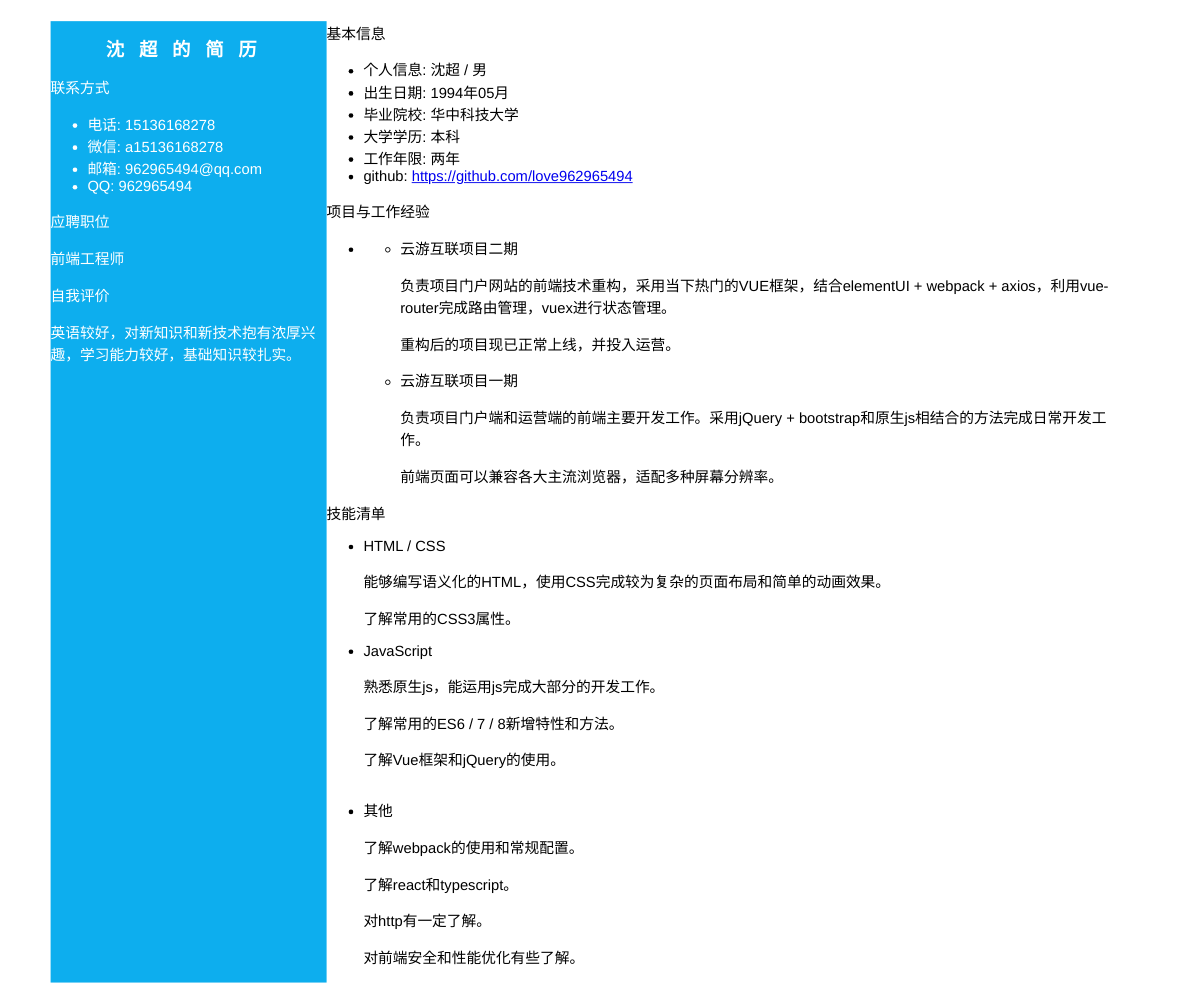
Repository: love962965494/my-resume
Page: index.html
These files come from the project's save history. The page is drawn as it stood at one moment and after the next save; the edit follows.
The browser window is 1280 px wide. The pictures show the whole page, at 92% of full size.
The style sheet was rebuilt from its Sass, Less or Tailwind sources for each picture, by a compiler version that may differ from the author's.

Above is the page before, as saved 2018-09-02 17:23:08.

After the next save:
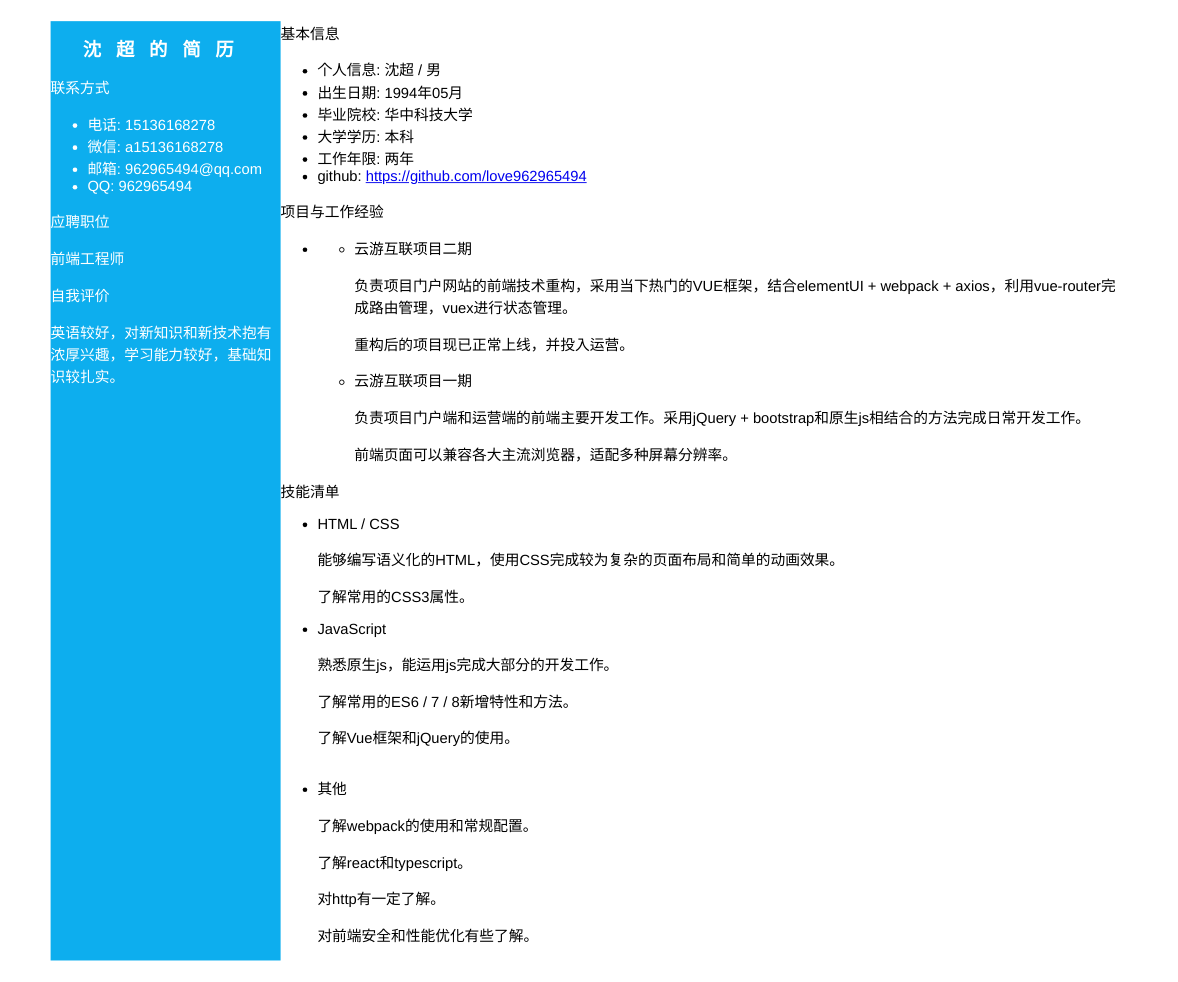
Saved 14 s later.
--- a/styles/myResume.scss
+++ b/styles/myResume.scss
@@ -20,7 +20,7 @@
 
 .container {
   display: grid;
-  grid-template-columns: minmax(200px, 300px) 1fr;
+  grid-template-columns: minmax(200px, 250px) 1fr;
   padding: 15px;
   margin: auto;
   font-family: "Helvetica Neue",Helvetica,"PingFang SC","Hiragino Sans GB","Microsoft YaHei","微软雅黑",Arial,sans-serif;

After the save that followed:
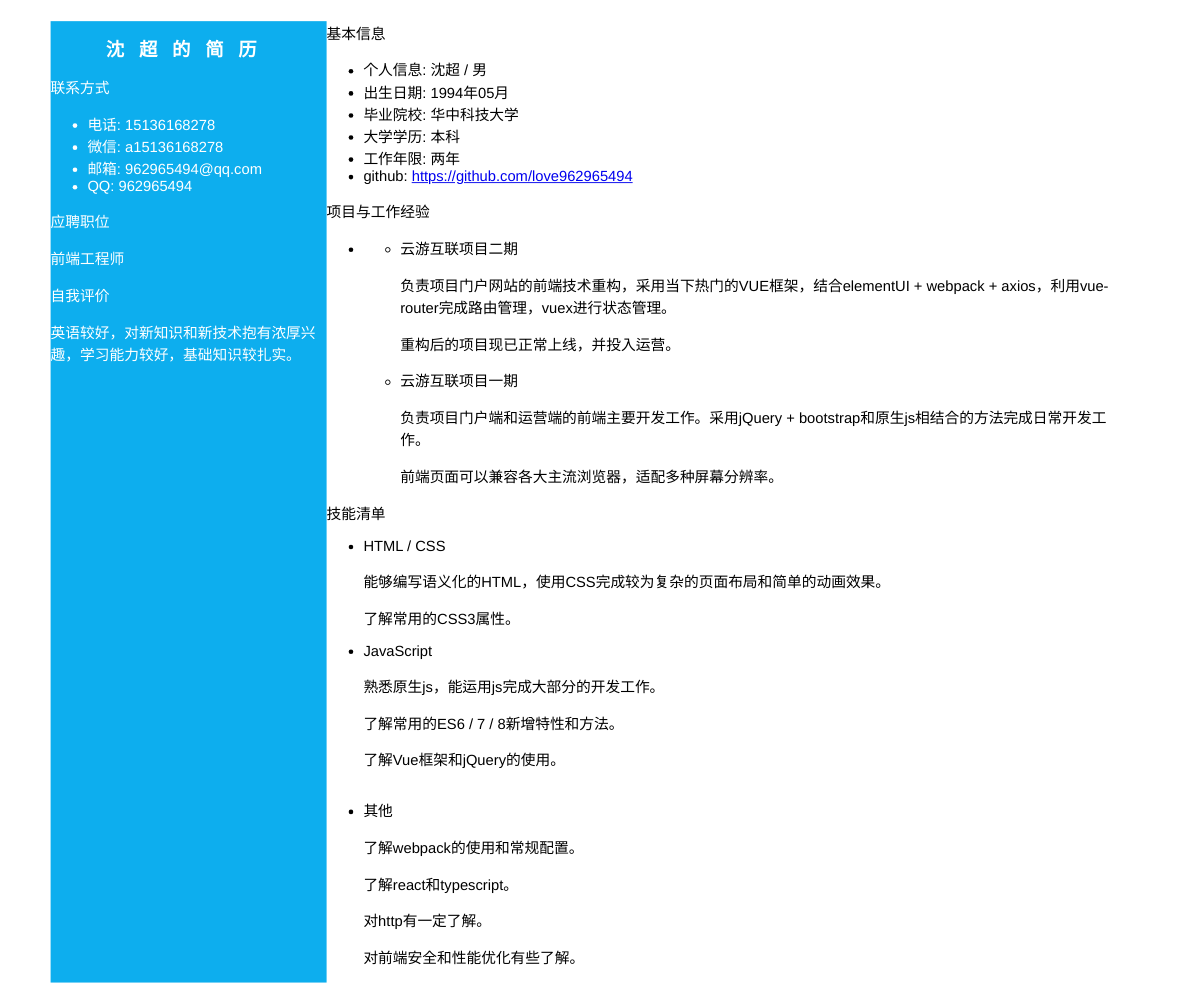
Saved 8 s later.
--- a/styles/myResume.scss
+++ b/styles/myResume.scss
@@ -20,7 +20,7 @@
 
 .container {
   display: grid;
-  grid-template-columns: minmax(200px, 250px) 1fr;
+  grid-template-columns: minmax(200px, 300px) 1fr;
   padding: 15px;
   margin: auto;
   font-family: "Helvetica Neue",Helvetica,"PingFang SC","Hiragino Sans GB","Microsoft YaHei","微软雅黑",Arial,sans-serif;
